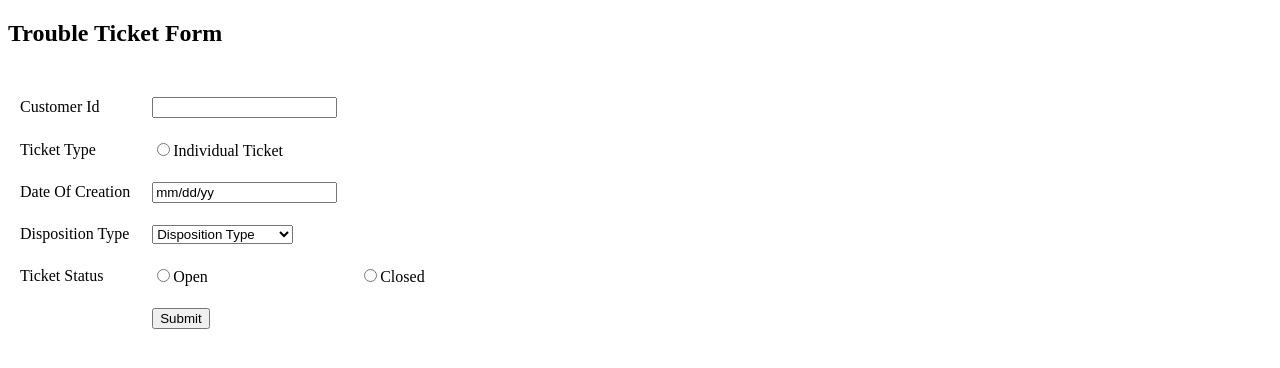
Repository: ApoorvaVeluri/JavaProject
Page: http://localhost/userinterface/Input.jsp
The author's editor kept a copy of each file at every save. The page is drawn from the files as they stood at one save, then again after the next save.
The browser window is 1280 px wide. The pictures show the whole page.
The page is served by Tomcat 9.

Above is the page before, as saved 2015-08-20 11:25:59.

After the next save:
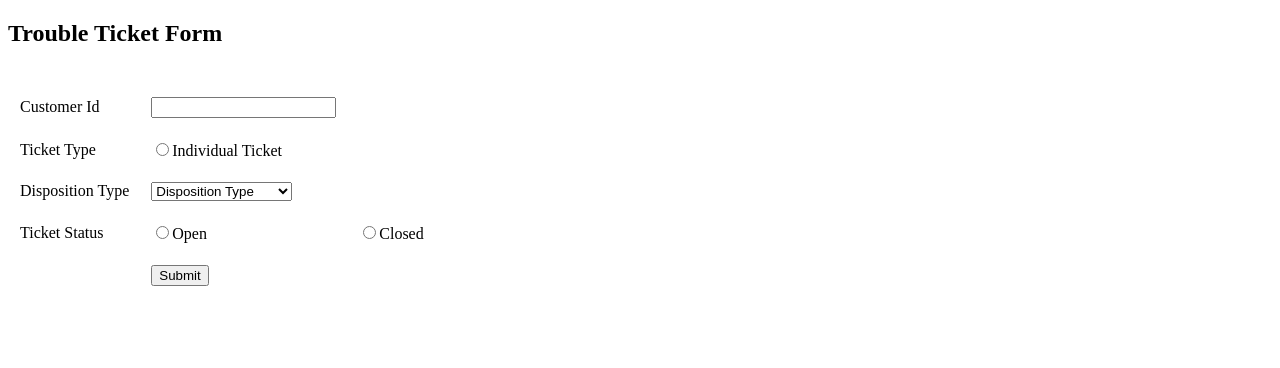
Saved 65 s later.
--- a/html/userinterface/WebContent/Input.jsp
+++ b/html/userinterface/WebContent/Input.jsp
@@ -25,10 +25,6 @@
 
 			</tr>
 
-			<tr>
-				<td>Date Of Creation</td>
-				<td><input type="text"  name="date_of_creation" value="mm/dd/yy" value="mm/dd/yy"/></td>
-			</tr>
 
 			<tr>
 				<td>Disposition Type</td>
